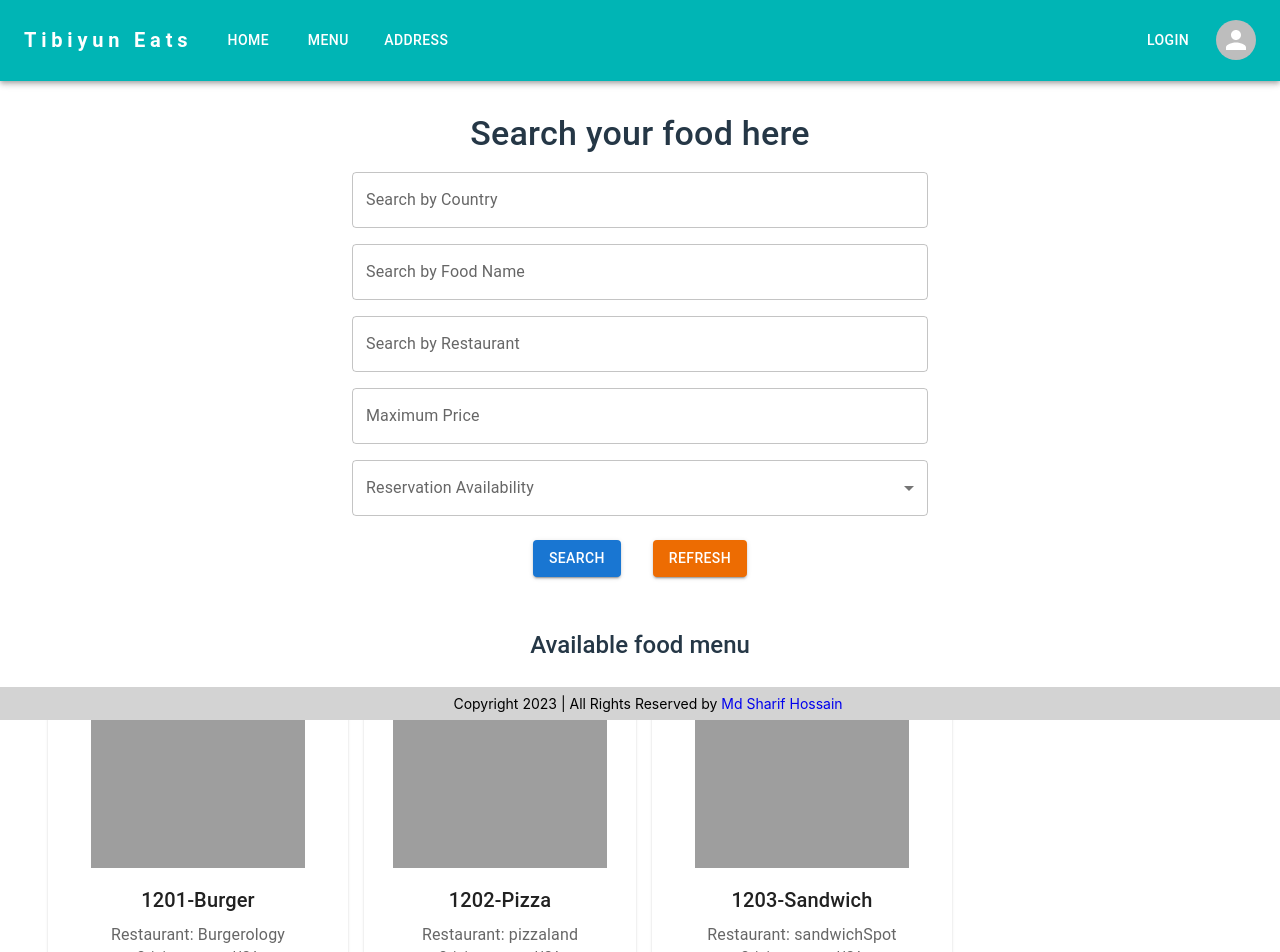
Repository: Sharif-00112/tibiyun-test-frontend
Page: /home
These files come from the project's save history. The page is drawn as it stood at one moment and after the next save; the edit follows.
The browser window is 1280 px wide. The pictures show the part of the page from y = 0 to 952 px (the page is 3162 px tall).
Pictures or frames that could not be fetched are drawn as grey boxes. The page's requests for data from a server got no answer. The project was rebuilt for these pictures with package versions that can differ from the ones it lists, and the page was loaded fresh each time. No one was signed in, and anything a server would have sent is missing. Also part of the build but not shown: src/Pages/NotFound/NotFound.js, src/Pages/Login/Login/Login.js, src/Pages/Login/Register/Register.js, src/Pages/Dashboard/Dashboard/Dashboard.js, src/Pages/Login/PrivateRoute/PrivateRoute.js, src/Pages/Dashboard/AdminPanel/AdminPanel.js. Imported but missing from the stored project, and not drawn on this page: src/Pages/Login/AdminRoute/AdminRoute, src/hooks/useTitle.

Above is the page before, as saved 2023-08-22 15:19:59.

After the next save:
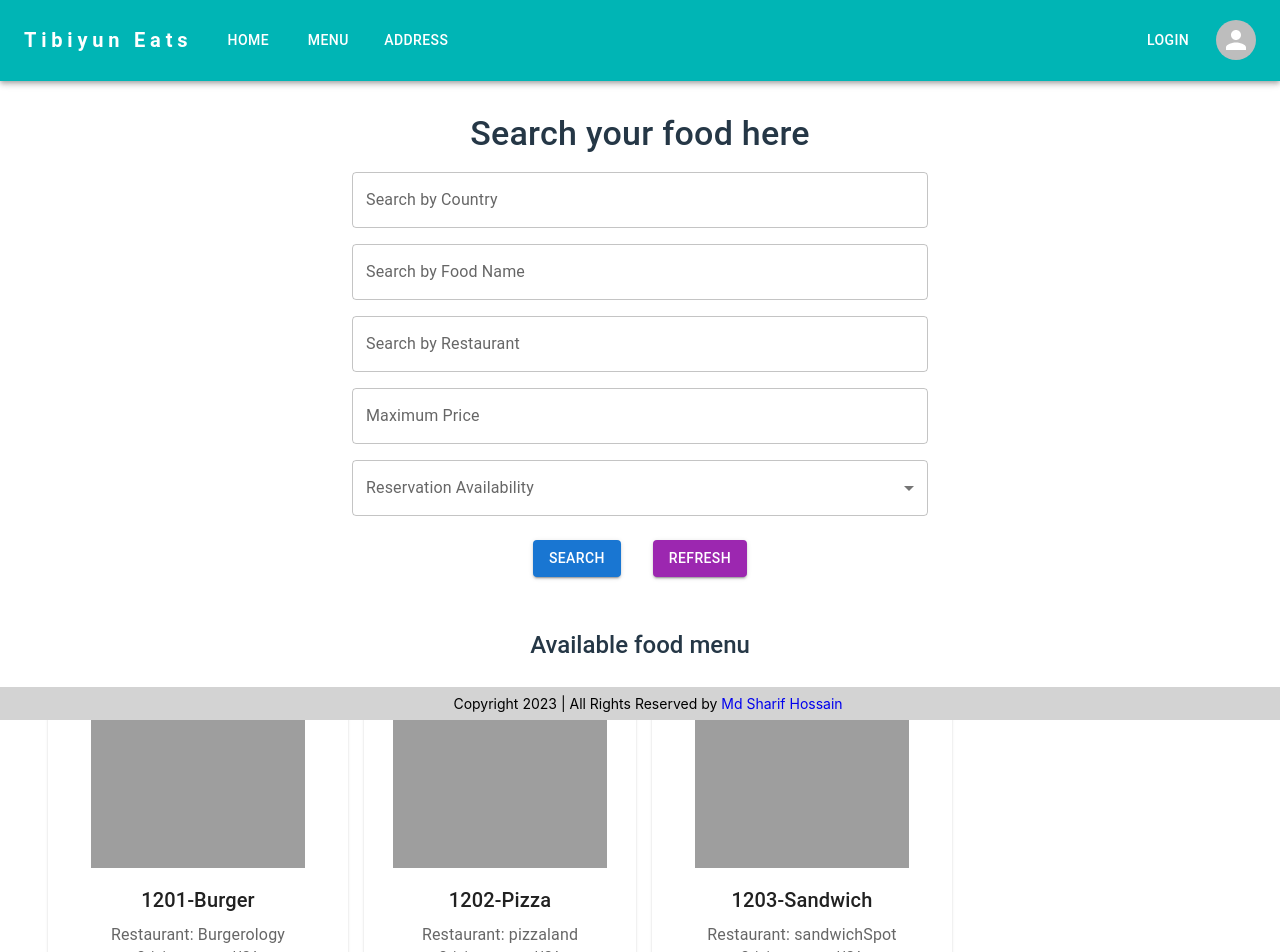
Saved 8 s later.
--- a/src/Pages/Home/WholeMenu/WholeMenu.js
+++ b/src/Pages/Home/WholeMenu/WholeMenu.js
@@ -146,7 +146,7 @@ const WholeMenu = () => {
                 </Button>
                 <Button
                     variant="contained"
-                    color="warning"
+                    color="secondary"
                     sx={{ m: 2 }}
                     href="/"
                 >
